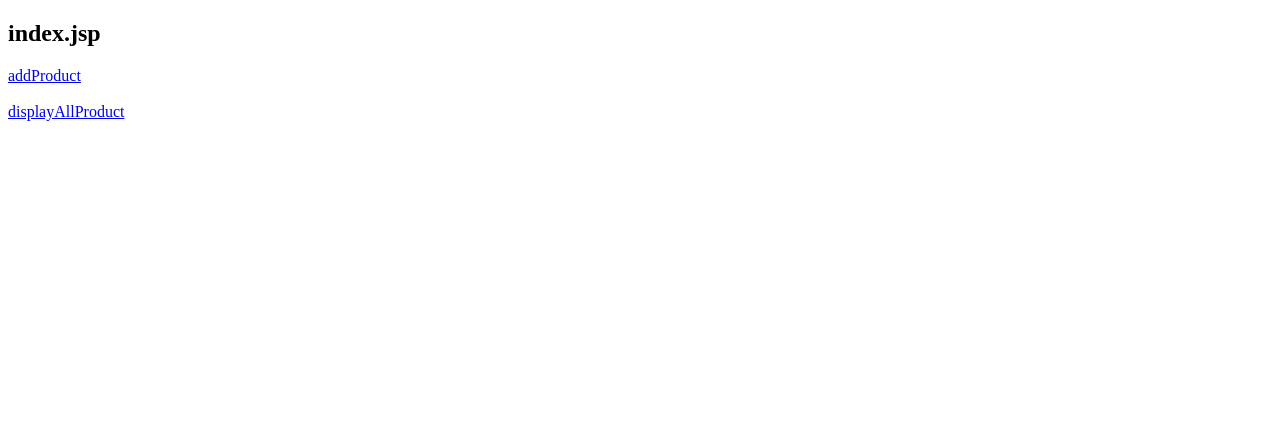
Repository: patramanik/java_ORM_Hibernate
Page: http://localhost/HD20/
An editor plug-in stored every save of this project. The page is shown before and after the next save, followed by the edit.
The browser window is 1280 px wide. The pictures show the whole page.
The page is served by Tomcat 10. Other server files are loaded and not shown.

Above is the page before, as saved 2025-04-16 16:33:09.

### HD20/src/main/webapp/index.jsp
<%@ page language="java" contentType="text/html; charset=UTF-8"
    pageEncoding="UTF-8"%>
<!DOCTYPE html>
<html>
<head>
<meta charset="UTF-8">
<title>Insert title here</title>
</head>
<body>
<h2> index.jsp</h2>
<a href="addProduct.jsp">addProduct</a> <br><br>
<a href="DisplayAllServlet">displayAllProduct</a>

</body>
</html>

After the next save:
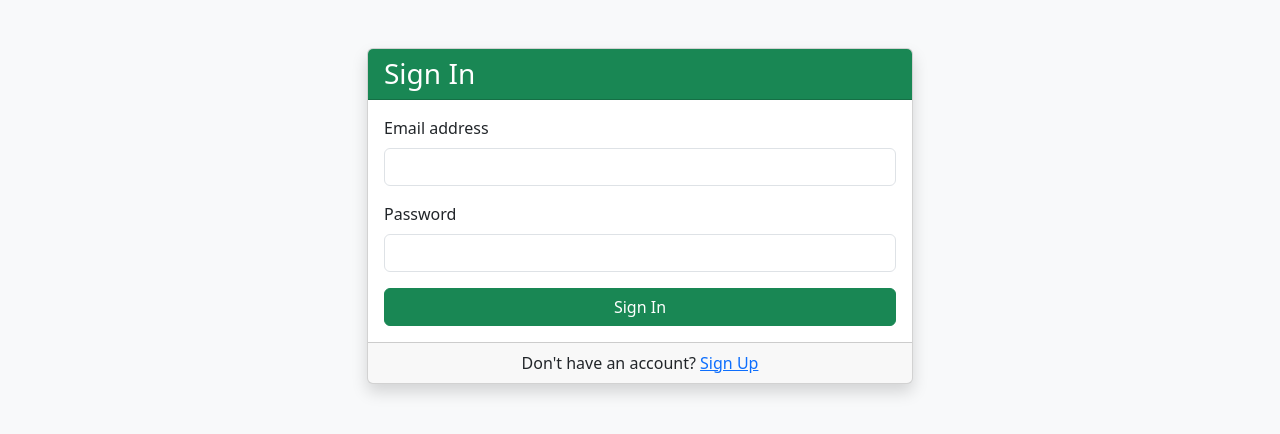
Saved 4 min 41 s later.
--- a/HD20/src/main/webapp/index.jsp
+++ b/HD20/src/main/webapp/index.jsp
@@ -1,15 +1,43 @@
-<%@ page language="java" contentType="text/html; charset=UTF-8"
-    pageEncoding="UTF-8"%>
+<%@ page contentType="text/html;charset=UTF-8" language="java" %>
 <!DOCTYPE html>
 <html>
 <head>
-<meta charset="UTF-8">
-<title>Insert title here</title>
+    <title>Sign In</title>
+    <link href="https://cdn.jsdelivr.net/npm/bootstrap@5.3.0/dist/css/bootstrap.min.css" rel="stylesheet">
 </head>
-<body>
-<h2> index.jsp</h2>
-<a href="addProduct.jsp">addProduct</a> <br><br>
-<a href="DisplayAllServlet">displayAllProduct</a>
+<body class="bg-light">
+    <div class="container mt-5">
+        <div class="row justify-content-center">
+            <div class="col-md-6">
+                <div class="card shadow">
+                    <div class="card-header bg-success text-white">
+                        <h3 class="mb-0">Sign In</h3>
+                    </div>
+                    <div class="card-body">
+                        <% if (request.getAttribute("error") != null) { %>
+                            <div class="alert alert-danger"><%= request.getAttribute("error") %></div>
+                        <% } %>
 
+                        <form action="SignInServlet" method="post">
+                            <div class="mb-3">
+                                <label class="form-label">Email address</label>
+                                <input type="email" class="form-control" name="email" required>
+                            </div>
+                            <div class="mb-3">
+                                <label class="form-label">Password</label>
+                                <input type="password" class="form-control" name="password" required>
+                            </div>
+                            <button type="submit" class="btn btn-success w-100">Sign In</button>
+                        </form>
+                    </div>
+                    <div class="card-footer text-center">
+                        Don't have an account? <a href="signup.jsp">Sign Up</a>
+                    </div>
+                </div>
+            </div>
+        </div>
+    </div>
+
+    <script src="https://cdn.jsdelivr.net/npm/bootstrap@5.3.0/dist/js/bootstrap.bundle.min.js"></script>
 </body>
 </html>
